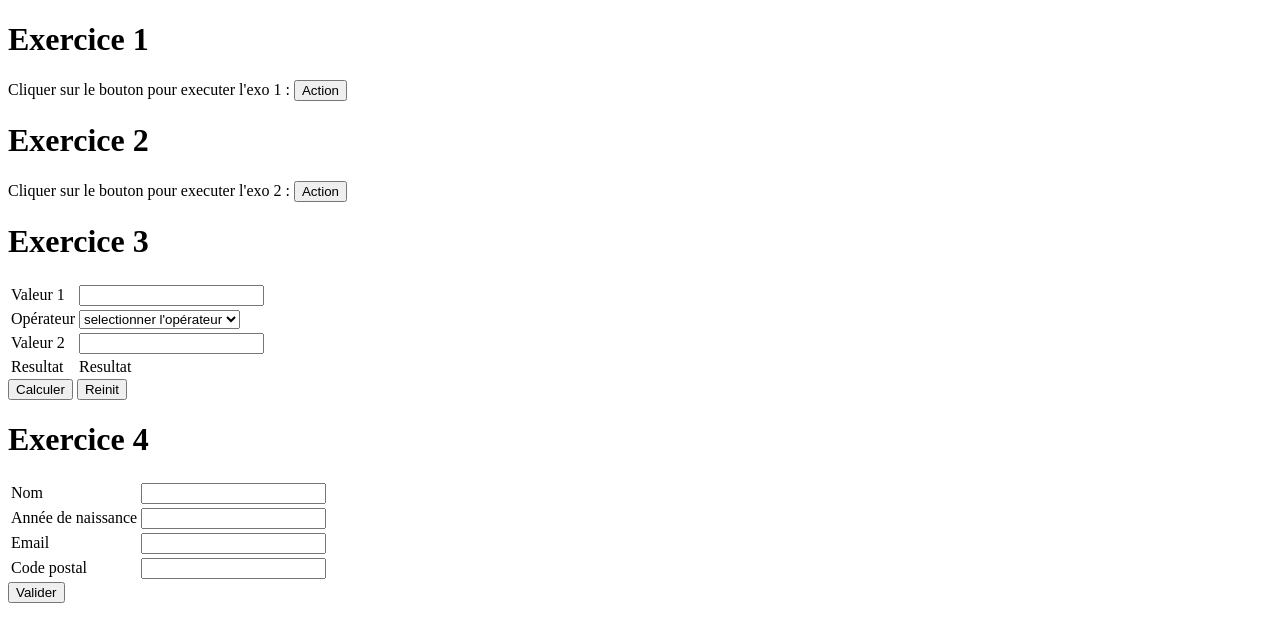
Repository: AgatheLM/formation_js
Page: insee-travaux-js/insee-client-js/exo1.html
The author's editor kept a copy of each file at every save. The page is drawn from the files as they stood at one save, then again after the next save.
The browser window is 1280 px wide. The pictures show the whole page.

Above is the page before, as saved 2018-01-24 14:45:40.

### insee-travaux-js/insee-client-js/exo1.html
<!DOCTYPE html>
<html>
<head>
<meta charset="utf-8">
<meta http-equiv="X-UA-Compatible" content="IE=edge">
<title>Ma page de calcul</title>
<script type="text/javascript" src="scripts/main.js"></script>
</head>
<body>

	<h1>Exercice 1</h1>
	<form action="">
		Cliquer sur le bouton pour executer l'exo 1 : <input type="button"
			value="Action" onclick="main()" />
	</form>

	<h1>Exercice 2</h1>
	<form action="">
		Cliquer sur le bouton pour executer l'exo 2 : <input type="button"
			value="Action" onclick="main_exo2()" />
	</form>

	<h1>Exercice 3</h1>
	<form action="">
		<table>
			<tr>
				<td><label for="val1"> Valeur 1 </label></td>
				<td><input type="text" name="val1" id="val1" /></td>
			</tr>
			<tr>
				<td><label for="operateur"> Opérateur </label></td>
				<td><select name="operateur" id="operateur">
						<option value="none">selectionner l'opérateur</option>
						<option value="+">+</option>
						<option value="-">-</option>
						<option value="*">*</option>
						<option value="/">/</option>
				</select></td>
			</tr>
			<tr>
				<td><label for="val2"> Valeur 2 </label></td>
				<td><input type="text" name="val2" id="val2" /></td>
			</tr>
			<tr>
				<td><label for="resultat"> Resultat</label></td>
				<td><label id="result"> Resultat </label></td>
			</tr>
		</table>
		<input type="button" value="Calculer" onclick="main_exo3()" />
		<input type="reset" value="Reinit" onclick="main_exo3_reinit()" />
	</form>

	<h1>Exercice 4</h1>

	<form method="post" action="" onsubmit="return verifForm()">
		<table>
			<tr>
				<!-- Un champ « nom » : Ce champ doit être obligatoire -->
				<td><label for="nom"> Nom </label></td>
				<td><input type="text" name="nom" id="nom" /></td>
			</tr>
			<tr>
				<!-- Un champ « annee_naissance » : Ce champ s’il est renseigné ne doit accepter que des nombres numériques -->
				<td><label for="an"> Année de naissance </label></td>
				<td><input type="text" name="an" id="an" /></td>
			</tr>
			<tr>
				<!-- Un champ email : Si ce champ est renseigné l’email doit être valide avant de perdre le focus -->
				<td><label for="email"> Email </label></td>
				<td><input type="text" name="email" id="email" /></td>
			</tr>
			<tr>
				<!-- Un champ code postal : le code Postal doit être un nombre à 5 chiffres s’il est renseigné. -->
				<td><label for="cp"> Code postal </label></td>
				<td><input type="text" name="cp" id="cp" /></td>
			</tr>
		</table>
		<input type="submit" value="Valider" />
		<label id="erreur_nom"></label>
		<label id="erreur_mail"></label>
		<label id="erreur_an"></label>
		<label id="erreur_cp"></label>
	</form>



</body>
</html>

### insee-travaux-js/insee-client-js/scripts/main.js

/*************************
* Exercice 1             *
*************************/

function main(){

	// Exercice 1
	try{
		// 1 - Demande à l'utilisateur
		var largeur = prompt ('Renseigner la largeur?','');
		var longueur = prompt ('Renseigner la longueur?','');
		//2. Appel aux fonctions utilitaires
		var surface=calculSurface(longueur, largeur);
		var perimetre=calculPerimetre(longueur, largeur);
		//3. Affichage du résultat
		alert ("La surface est de " + surface);
		alert ("Le périmètre est de " + perimetre);
	} catch(e) {
		console.log(e);
	}


}


	function calculSurface (longueur, largeur)  {
		try {
			surface=longueur*largeur;
			return surface;
		} catch(e){
			console.log(e);
		}

	}

	function calculPerimetre (longueur, largeur){
		try {
			perimetre=2*longueur+2*largeur;
			return perimetre;
		}catch(e){
			console.log(e);
		}

	}



/*************************
* Exercice 2             *
*************************/

	function main_exo2(){

		/*Exercice 2 : Manipulation des tableaux
		Nous souhaitons afficher les éléments d’un tableau selon l’indice fourni par un utilisateur.
		Cette action sera répétée autant de fois jusqu’à ce que l’utilisateur saisisse le nombre « -1 » pour sortir.
		Travail à faire :
		- Coder une fonction qui initialisera le tableau ci dessous :
		var tab = new Array("Hollande","ZOME","Sarkozy","LE PEN","LE MAIRE","VALLS"
		- Faire pointer l’action du bouton sur cette nouvelle fonction.
		*/

		try{
			var tab = initTableau();
			var max=tab.length;
			var i = 0;
			while (i!=-1 ){
				i = parseInt(prompt ('Quel élément voulez vous?'));
				if ( i<max){
					alert(afficheElement(tab,i));
					//i = prompt ('Quel élément voulez vous?');
				} else  {
					alert ("Indice incorrect, il n'y a que " + max + " élements");
					//i = prompt ('Quel élément voulez vous?');
				}
			}

		} catch(e) {
			console.log(e);
		}


	}

	function initTableau(){
		return new Array("Hollande","ZOME","Sarkozy","LE PEN","LE MAIRE","VALLS");
	}


	function afficheElement(tab, i){
		return tab[i];
	}


	/*************************
	* Exercice 3             *
	*************************/

	function main_exo3(){
		/*Exercice 3 : Faire une calculette*/

		try{
			var resul;
			var v1 = parseFloat(document.getElementById("val1").value);
			var v2 = parseFloat(document.getElementById("val2").value);
			var op = document.getElementById("operateur").value;
			resul=calcul(v1,v2,op);
			result.innerHTML=resul;

		} catch(e) {
			console.log(e);
		}

	}



	function main_exo3_reinit(){
		/*Exercice 3 : Faire une calculette*/

		try{
			//document.getElementById("val1").value="";
			//document.getElementById("val2").value="";
			//document.getElementById("operateur").value="none";
			result.innerHTML="";

		} catch(e) {
			console.log(e);
		}

	}

	function calcul (v1,v2,op){
		try{
			var resul;
			switch(op){
			case "+" :
				resul = v1 + v2
				break;
			case "-" :
				resul = v1-v2
				break;
			case "*" :
				resul = v1*v2
				break;
			case "/" :
				if(v2!=0){
					resul = v1/v2
				}else{
					resul=0;
					alert("On ne peut pas diviser par 0");
					main_exo3_reinit();
				}
				break;
			}
			return resul;
		}catch(e){
			console.log(e);
		}

	}

/*************************
* Exercice 4             *
*************************/

	function verifForm(){
		try{
			var nom = document.getElementById("nom").value;
			var an = document.getElementById("an").value;
			var email = document.getElementById("email").value;
			var cp = document.getElementById("cp").value;
			var ok=true;
			erreur_nom.innerHTML="";
			erreur_an.innerHTML="";
			erreur_email.innerHTML="";
			erreur_cp.innerHTML="";
			//Un champ « nom » : Ce champ doit être obligatoire
			if (nom==''){
				alert("nom vide");
				erreur_nom.innerHTML="Le nom doit être renseigné";
				ok=false
			}
						//Un champ « annee_naissance » : Ce champ s’il est renseigné ne doit accepter que des nombres numériques
			if (isNaN(parseInt(an))){
				erreur_an.innerHTML="Année de naissance non valide";
				ok=false
			}

			//Un champ email : Si ce champ est renseigné l’email doit être valide avant de perdre le focus
			if (email==NaN){
				erreur_email.innerHTML="Eamail invalide";
				ok=false
			}
			//Un champ code postal : le code Postal doit être un nombre à 5 chiffres s’il est renseigné.
			if (cp.length!=5){
				erreur_cp.innerHTML='CP non valide';
				ok=false
			}

		return ok;
		}catch(e){
			console.log(e);
		}
	}

	function isRempli(champ){
		try{

		}catch(e){
			console.log(e)
		}
	}

	function isRempli(champ){
		try{

		}catch(e){
			console.log(e)
		}
	}
	function isRempli(champ){
		try{

		}catch(e){
			console.log(e)
		}
	}
	function isRempli(champ){
		try{

		}catch(e){
			console.log(e)
		}
	}

After the next save:
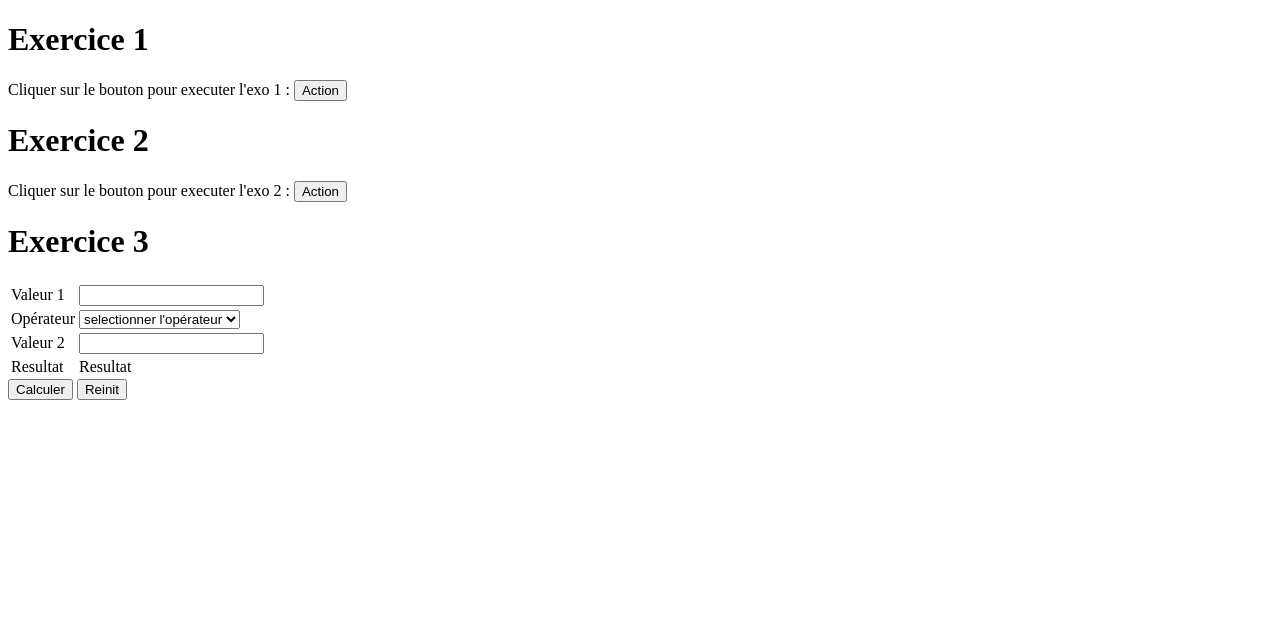
Saved 25 s later.
--- a/insee-travaux-js/insee-client-js/exo1.html
+++ b/insee-travaux-js/insee-client-js/exo1.html
@@ -50,38 +50,6 @@
 		<input type="reset" value="Reinit" onclick="main_exo3_reinit()" />
 	</form>
 
-	<h1>Exercice 4</h1>
-
-	<form method="post" action="" onsubmit="return verifForm()">
-		<table>
-			<tr>
-				<!-- Un champ « nom » : Ce champ doit être obligatoire -->
-				<td><label for="nom"> Nom </label></td>
-				<td><input type="text" name="nom" id="nom" /></td>
-			</tr>
-			<tr>
-				<!-- Un champ « annee_naissance » : Ce champ s’il est renseigné ne doit accepter que des nombres numériques -->
-				<td><label for="an"> Année de naissance </label></td>
-				<td><input type="text" name="an" id="an" /></td>
-			</tr>
-			<tr>
-				<!-- Un champ email : Si ce champ est renseigné l’email doit être valide avant de perdre le focus -->
-				<td><label for="email"> Email </label></td>
-				<td><input type="text" name="email" id="email" /></td>
-			</tr>
-			<tr>
-				<!-- Un champ code postal : le code Postal doit être un nombre à 5 chiffres s’il est renseigné. -->
-				<td><label for="cp"> Code postal </label></td>
-				<td><input type="text" name="cp" id="cp" /></td>
-			</tr>
-		</table>
-		<input type="submit" value="Valider" />
-		<label id="erreur_nom"></label>
-		<label id="erreur_mail"></label>
-		<label id="erreur_an"></label>
-		<label id="erreur_cp"></label>
-	</form>
-
 
 
 </body>
